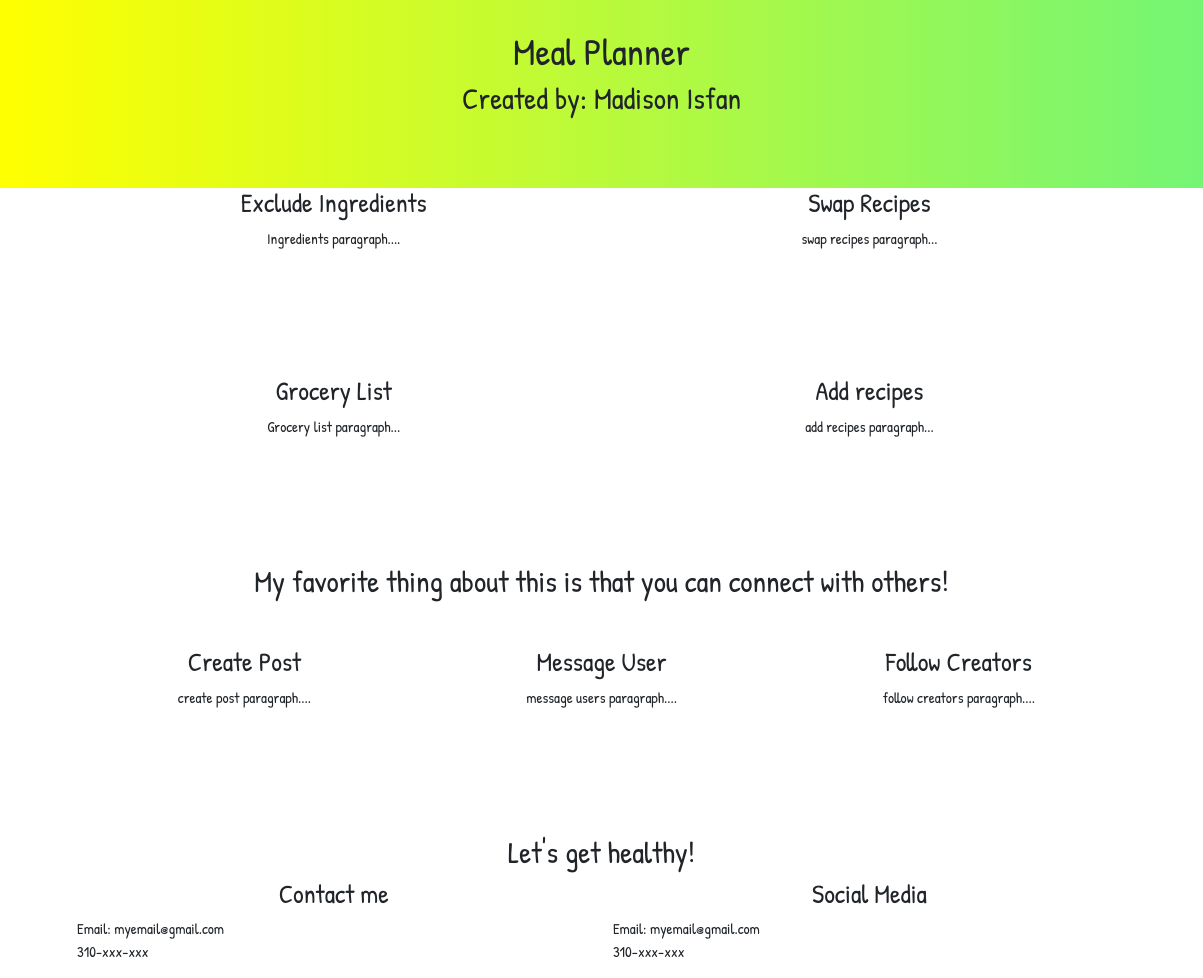
Repository: madisonisfan/Meal-Planner
Page: index.html
The author's editor kept a copy of each file at every save. The page is drawn from the files as they stood at one save, then again after the next save.
The browser window is 1280 px wide. The pictures show the whole page, at 94% of full size.
Some web libraries are served in a nearby version.

Above is the page before, as saved 2021-02-17 17:31:08.

After the next save:
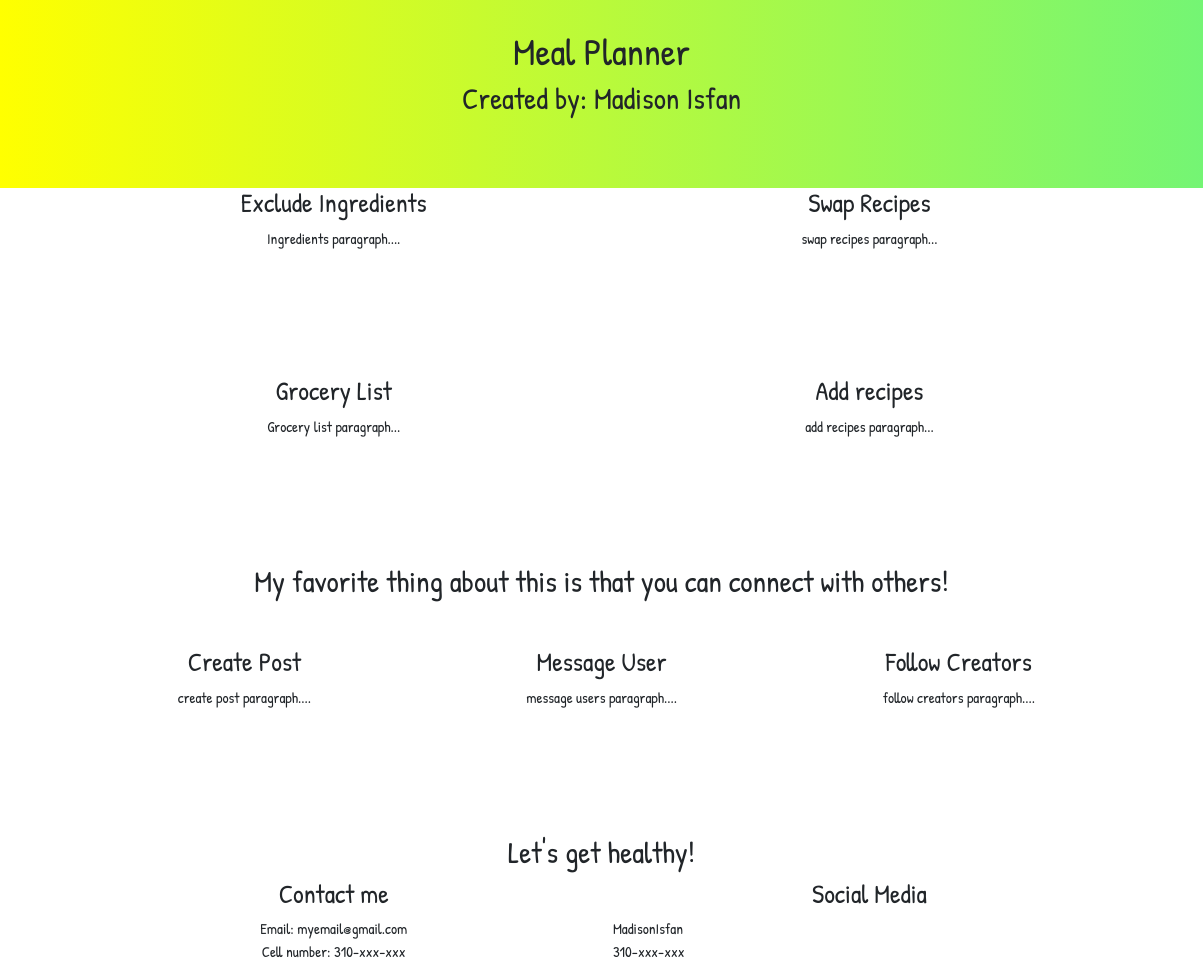
Saved 50 s later.
--- a/index.html
+++ b/index.html
@@ -84,18 +84,18 @@
             </div>
 
             <div class="row">
-                <div class="col">
+                <div class="col-12 text-center col-md">
                     <h3 class="text-center">Contact me</h3>
                     <ul class="list-unstyled">
                         <li>Email: myemail@gmail.com</li>
-                        <li>310-xxx-xxx</li>
+                        <li>Cell number: 310-xxx-xxx</li>
                     </ul>
 
                 </div>
                 <div class="col">
                     <h3 class="text-center">Social Media</h3>
                     <ul class="list-unstyled">
-                        <li>Email: myemail@gmail.com</li>
+                        <li>MadisonIsfan</li>
                         <li>310-xxx-xxx</li>
                     </ul>
 
